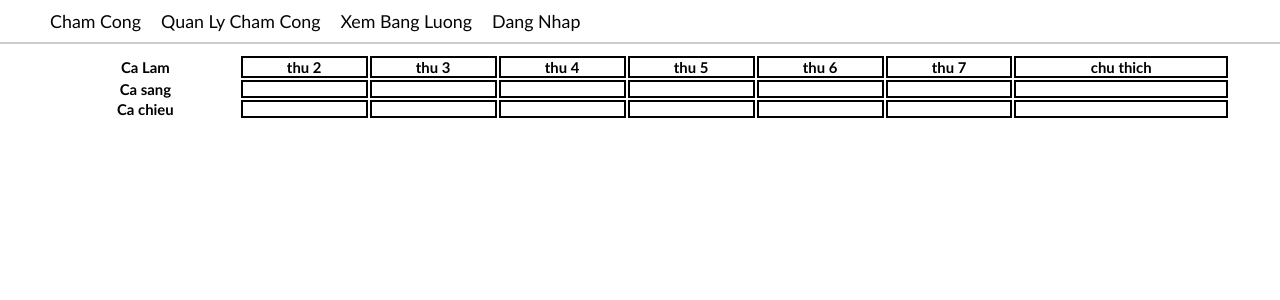
Repository: LDDUNG2003/a
Page: index.html
The author's editor kept a copy of each file at every save. The page is drawn from the files as they stood at one save, then again after the next save.
The browser window is 1280 px wide. The pictures show the whole page.

Above is the page before, as saved 2023-10-14 20:02:48.

### index.html
<!DOCTYPE html>
<html lang="en">

<head>
    <meta charset="UTF-8">
    <meta name="viewport" content="width=device-width, initial-scale=1.0">
    <title>trang chu</title>
    <link rel="stylesheet" href="./controlView/css/base.css">
    <link rel="stylesheet" href="./controlView/css/index.css">
</head>

<body>
    <div class="main">
        <!-- start header -->
        <header class="app__header">
            <nav class="navBar">
                <ul class="navBar-list">
                    <li class="navBar--items"><a href="" class="navbar--link">Cham cong</a></li>
                    <li class="navBar--items"><a href="" class="navbar--link">Quan ly cham cong</a></li>
                    <li class="navBar--items">
                        <a href="" class="navbar--link">Xem bang luong</a></li>
                    <!-- login  -->
                    <li class="navBar--items">
                        <a href="./login.html" class="navbar--link">dang nhap</a></li>
                    <!-- admin menu -->
                    <!-- <li class="navBar--items">
                        admin
                        <ul class="account-list">
                            <li class="account--item"><a href="" class="navbar--link">admin</a></li>
                            <li class="account--item"><a href="" class="navbar--link">quan li nhan su</a></li>
                            <li class="account--item"><a href="" class="navbar--link">dang xuat</a></li>
                        </ul>
                    </li> -->
                    <!-- personnel menu -->
                    <!-- <li class="navBar--items">
                        account name
                        <ul class="account-list">
                            <li class="account--item"><a href="" class="navbar--link">cai dat tai khoan</a></li>
                            <li class="account--item"><a href="" class="navbar--link">dang ki ca lam</a></li>
                            <li class="account--item"><a href="" class="navbar--link">dang xuat</a></li>
                        </ul>
                    </li> -->
                </ul>
            </nav>
        </header>
        <!-- end header -->

        <!-- start content -->
        <div class="app__content">
            <table class="content-table">
                <tr class="table--row">
                    <th class="table--item-impotain">Ca Lam</th>
                    <th class="table--item">thu 2</th>
                    <th class="table--item">thu 3</th>
                    <th class="table--item">thu 4</th>
                    <th class="table--item">thu 5</th>
                    <th class="table--item">thu 6</th>
                    <th class="table--item">thu 7</th>
                    <th class="table--item">chu thich</th>
                </tr>
                <tr class="table--row">
                    <th class="table--item-impotain">Ca sang</th>
                    <th class="table--item"></th>
                    <th class="table--item"></th>
                    <th class="table--item"></th>
                    <th class="table--item"></th>
                    <th class="table--item"></th>
                    <th class="table--item"></th>
                    <th class="table--item"></th>
                </tr>
                <tr class="table--row">
                    <th class="table--item-impotain">Ca chieu</th>
                    <th class="table--item"></th>
                    <th class="table--item"></th>
                    <th class="table--item"></th>
                    <th class="table--item"></th>
                    <th class="table--item"></th>
                    <th class="table--item"></th>
                    <th class="table--item"></th>
                </tr>
            </table>
        </div>
        <!-- end content -->
    </div>
</body>

</html>

### controlView/css/base.css
:root {
    --primary-color: #0066cc;
    --text-color: #040404;
}

* {
    padding: 0px;
    margin: 0px;
    font-family: 'Trebuchet MS', 'Lucida Sans Unicode', 'Lucida Grande', 'Lucida Sans', Arial, sans-serif;
}

html,
body {
    font-size: 0.62rem;
}

.main {}

.app__header {
    width: 100%;
    border-bottom: solid 2px #ccc;
    background-color: #fff;
}

.navBar {
    width: 100%;
    max-width: 1200px;
    margin: auto;
    cursor: pointer;
}

.navBar-list {
    display: flex;
    list-style: none;
}

.navBar--items {
    padding: 10px 10px;
    font-size: 1.8rem;
    position: relative;
    text-transform: capitalize;
    color: var(--text-color);
}

.navBar--items::after {
    content: '';
    padding-top: 5px;
    top: 80%;
    left: 10px;
    display: none;
    /* width: 0px; */
    background-color: var(--primary-color);
    position: absolute;
    width: 70px;
}

.navBar--items:hover .navBar--items::after {
    display: block;
}

.navbar--link {
    text-decoration: none;
    color: inherit;
}

.account-list {
    position: absolute;
    width: 150px;
    display: none;
    list-style: none;
    padding: 4px;
    color: var(--text-color);
    top: 100%;
    left: 0px;
    box-shadow: #414141;
    background-color: white;
}

.navBar--items:hover .account-list {
    display: block;
}

.account--item {
    padding: 5px 0px;
    border-bottom: solid 1px #ccc;
}

### controlView/css/index.css
.app__content {
    width: 100%;
    max-width: 1200px;
    margin: auto;
}

.content-table {
    padding: 10px;
    width: 100%;
    font-size: 1.5rem;
}

.table--row {}

.table--item {
    border: solid 2px #000;
}

After the next save:
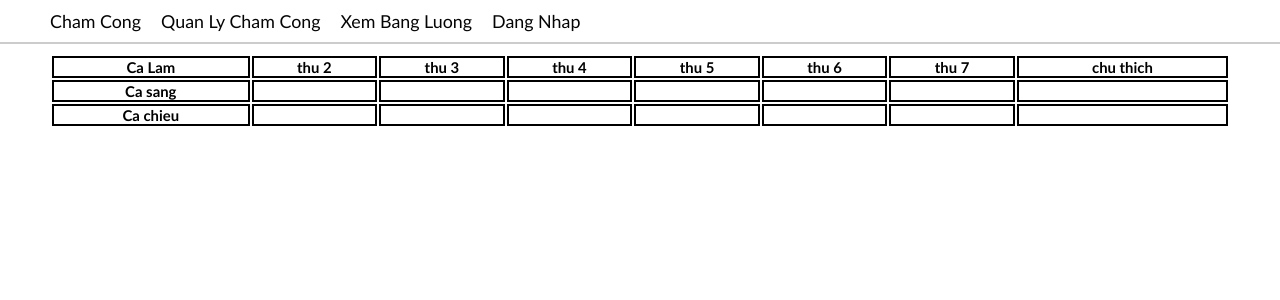
Saved 21 s later.
--- a/controlView/css/index.css
+++ b/controlView/css/index.css
@@ -15,3 +15,7 @@
 .table--item {
     border: solid 2px #000;
 }
+
+.table--item-impotain {
+    border: solid 2px #000;
+}
